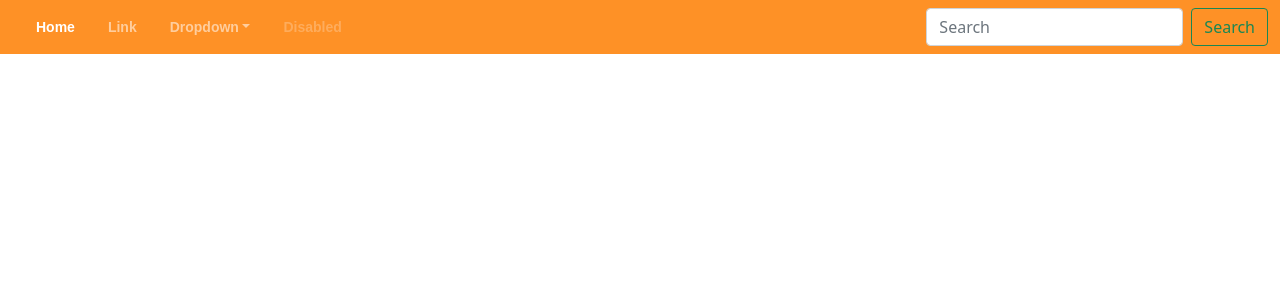
Repository: SaudCh/React-Ecommerce
Page: /login
An editor plug-in stored every save of this project. The page is shown before and after the next save, followed by the edit.
The browser window is 1280 px wide. The pictures show the whole page.
The project was rebuilt for these pictures with package versions that can differ from the ones it lists, and the page was loaded fresh each time. Also part of the build but not shown: src/App.css.

Above is the page before, as saved 2021-12-05 11:46:24.

After the next save:
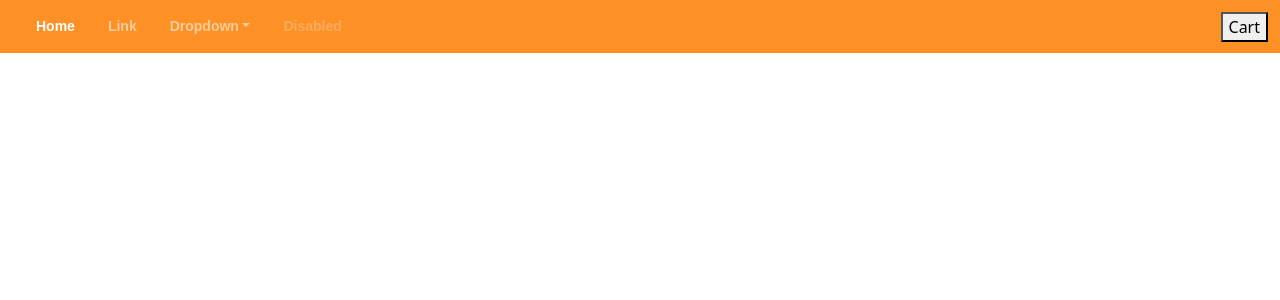
Saved 24 s later.
--- a/src/Header/Header.jsx
+++ b/src/Header/Header.jsx
@@ -77,17 +77,7 @@ export default function Header() {
               </Link>
             </li>
           </ul>
-          <form class="d-flex">
-            <input
-              class="form-control me-2"
-              type="search"
-              placeholder="Search"
-              aria-label="Search"
-            />
-            <button class="btn btn-outline-success" type="submit">
-              Search
-            </button>
-          </form>
+          <button>Cart</button>
         </div>
       </div>
     </nav>
